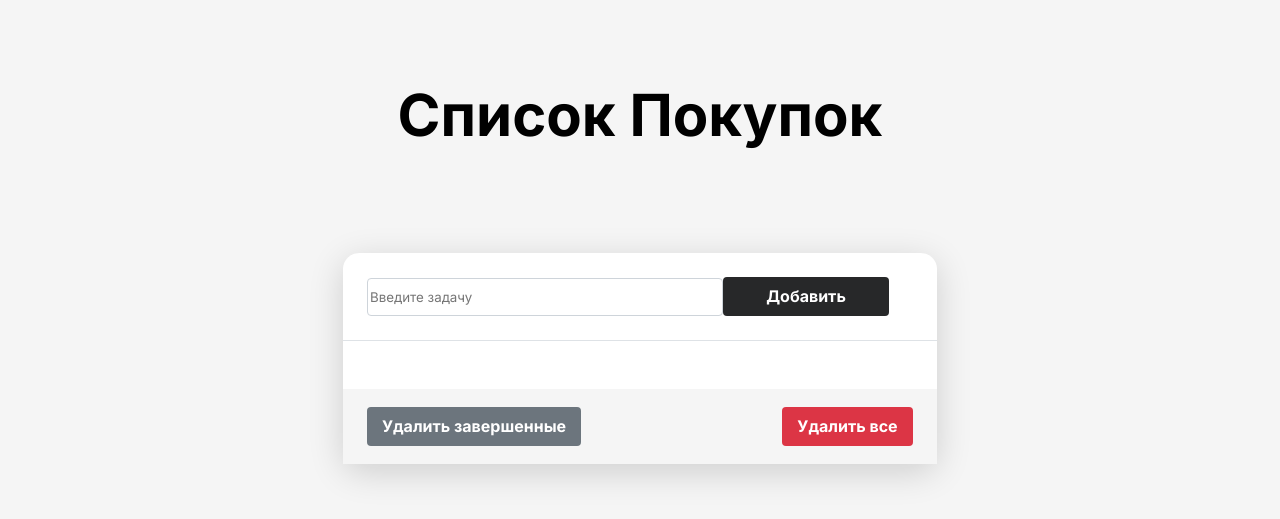
Repository: Tchistyakov/todolist
Page: /
An editor plug-in stored every save of this project. The page is shown before and after the next save, followed by the edit.
The browser window is 1280 px wide. The pictures show the whole page.
The project was rebuilt for these pictures with package versions that can differ from the ones it lists, and the page was loaded fresh each time.

Above is the page before, as saved 2021-12-06 11:17:30.

### src/App.js
import Body from './Body/Body';
import './App.css';

function App() {
  return (
    <>
      <Body />
    </>
  );
}

export default App;

### src/Body/Body.js
import Main from '../Main/Main'
import body from './body.module.css'

function Body() {
    return (
        <>
            <h1>Список Покупок</h1>
            <div className={body.window}>
                <Main />
            </div>
        </>
    );
}

export default Body;

### src/App.css
/* .App {
  text-align: center;
}

.App-logo {
  height: 40vmin;
  pointer-events: none;
}

@media (prefers-reduced-motion: no-preference) {
  .App-logo {
    animation: App-logo-spin infinite 20s linear;
  }
}

.App-header {
  background-color: #282c34;
  min-height: 100vh;
  display: flex;
  flex-direction: column;
  align-items: center;
  justify-content: center;
  font-size: calc(10px + 2vmin);
  color: white;
}

.App-link {
  color: #61dafb;
}

@keyframes App-logo-spin {
  from {
    transform: rotate(0deg);
  }
  to {
    transform: rotate(360deg);
  }
} */

@import url("https://fonts.googleapis.com/css2?family=Inter:wght@300;400;700&family=Mulish&display=swap");

body,
html {
  margin: 0;
  padding: 0;
  text-decoration: none;
  background: #f5f5f5;
}

label {
  font-weight: normal;
  font-size: 16px;
  line-height: 21px;
  color: #54595e;
}

* {
  font-family: "Inter";
  border: none;
}

h1 {
  text-align: center;
  position: relative;
  top: 80px;
  margin: 0;
  font-weight: bold;
  font-size: 58px;
  line-height: 70px;

  color: #000000;
}

span {
  color: red;
}

.task {
  max-width: 500px;
}

.div-flex {
  display: flex;
  justify-content: space-between;
}

.header {
  padding: 24px;
  border-bottom: 1px solid #dee2e6;
}

.main {
  overflow-wrap: break-word;
  padding: 24px;
}

.footer {
  padding: 18px 24px;
  background-color: #f5f5f5;
}

.inpt {
  background: #ffffff;
  border: 1px solid #ced4da;
  width: 356px;
  height: 38px;
  box-sizing: border-box;
  border-radius: 4px;
}

.add {
  width: 166px;
  height: 39px;
  background: #272829;
  border-radius: 4px;
  font-weight: 600;
  font-size: 16px;
  line-height: 19px;
  text-align: center;
  color: #ffffff;
}

.del-check {
  width: 214px;
  height: 39px;
  background: #6c757d;
  border-radius: 4px;
  font-weight: 600;
  font-size: 16px;
  line-height: 19px;
  text-align: center;
  color: #ffffff;
}

.del-all {
  width: 131px;
  height: 39px;
  background: #dc3545;
  border-radius: 4px;
  font-weight: 600;
  font-size: 16px;
  line-height: 19px;
  text-align: center;
  color: #ffffff;
}

.li {
  display: flex;
  justify-content: space-between;
  margin: 24px 0;
}

input:checked + label {
  text-decoration: line-through;
}

.list {
  margin: 0;
  padding: 0;
}

.x:hover {
  cursor: pointer;
}

.inputvisiblenone {
  display: none;
}

.inputvisible {
  display: block;
}

### src/Main/Main.js
import React, { useState } from "react";
import Header from '../Header/Header'

let counter = 0

function Main() {

    let [todoText, setTodoText] = useState('')
    let [items, setItems] = useState([])

    function handleSubmit(event) {
        event.preventDefault()
        const todo = {
            checked: false,
            text: todoText,
            id: counter++,
            editState: false,
        }

        setTodoText('')
        setItems([...items, todo])
    }

    function handleItemCheck(id) {
        const changed = items.map(item => ({
            ...item,
            checked: item.id === id ? !item.checked : item.checked
        }))
        setItems(changed)
    }

    function handleItemRemove(id) {
        const filtered = items.filter(item => item.id !== id)
        setItems(filtered)
    }

    function removeDone() {
        const filtered = items.filter(item => !item.checked)
        setItems(filtered)
    }

    function removeAll() {
        setItems([])
    }

    function handleItemRename(id) {
        const changed = items.map(item => ({
            ...item,
            editState: item.id === id ? !item.editState : item.editState
        }))
        setItems(changed)
    }

    function handleTextRename(text, id) {
        const changed = items.map(item => ({
            ...item,
            text: item.id === id ? text :  item.text
        }))
        setItems(changed)
    }

    return (
        <>
            <Header
                setTodoText={setTodoText}
                handleSubmit={handleSubmit}
                todoText={todoText}
            />
            <main className="main">
                <ul type="none" id="todo" className="list">
                    {items.map((item) => {
                        return (
                            <div className='div-flex todo' key={item.id} >
                                <input type="checkbox" onClick={() => handleItemCheck(item.id)} />
                                <label className={item.editState ? 'inputvisiblenone' : 'inputvisible'}>{item.text}</label>
                                <input type='text' className={item.editState ? 'inputvisible inpt' : 'inputvisiblenone inpt'}
                                    placeholder={item.text} defaultValue={item.text}
                                    onChange={(e) => handleTextRename(e.target.value, item.id)}
                                />
                                <span className="x" onClick={() => handleItemRename(item.id)}>✏️</span>
                                <span className="x" onClick={() => handleItemRemove(item.id)}>🗑</span>
                            </div>
                        )
                    })}
                </ul>
            </main>
            <footer className="div-flex footer">
                <div>
                    <button className="del-check" onClick={removeDone}>Удалить завершенные</button>
                </div>
                <div>
                    <button className="del-all" onClick={removeAll}>Удалить все</button>
                </div>
            </footer>
        </>
    )
}

export default Main

### src/Body/body.module.css
.window {
    position: relative;
    top: 183px;
    margin: 0 auto;
    width: 594px;
    min-height: 100px;
    background: #ffffff;
    box-shadow: 0px 8px 35px rgba(0, 0, 0, 0.16);
    border-radius: 16px;
  }

### src/Header/Header.js
// import Main from '../Main/Main'

function Header( {handleSubmit, setTodoText, todoText} ) {
    return (
            <header className="div-flex header">
                <form onSubmit={handleSubmit}>
                    <input type="text" className="inpt"
                        placeholder="Введите задачу" value={todoText}
                        onChange={(e) => setTodoText(e.target.value)}
                    />
                    <button className="add">Добавить</button>
                </form>
            </header>
            )
}

export default Header

Loaded but not shown: public/index.html (common file); src/index.js (common file); src/index.css (common file); src/reportWebVitals.js (common file)

After the next save:
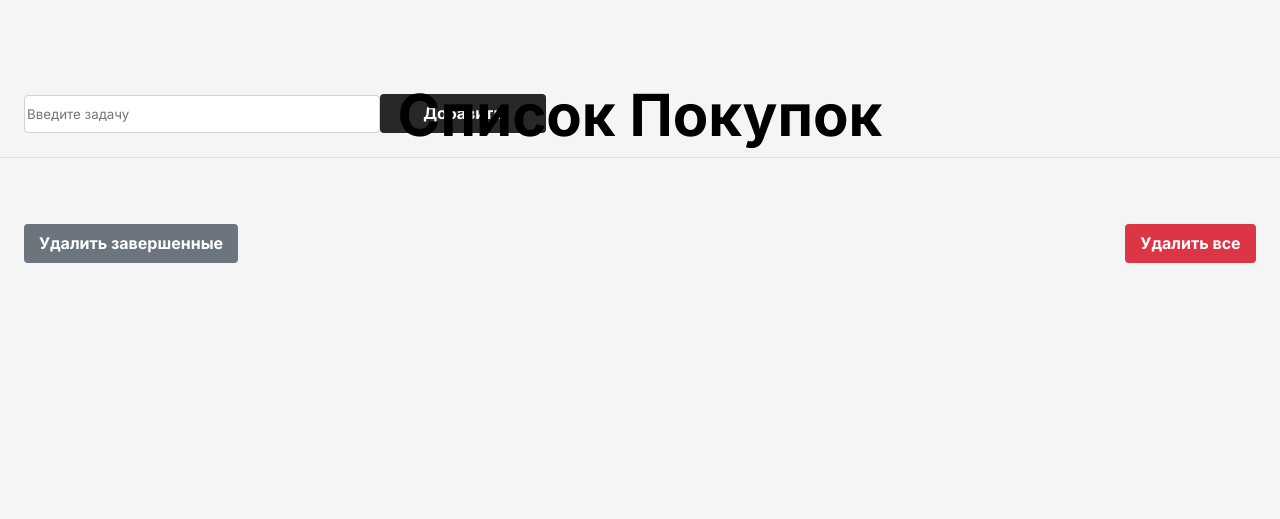
Saved 31 min 52 s later.
--- a/src/Body/Body.js
+++ b/src/Body/Body.js
@@ -5,7 +5,7 @@
     return (
         <>
             <h1>Список Покупок</h1>
-            <div className={body.window}>
+            <div className={body}>
                 <Main />
             </div>
         </>

After the save that followed:
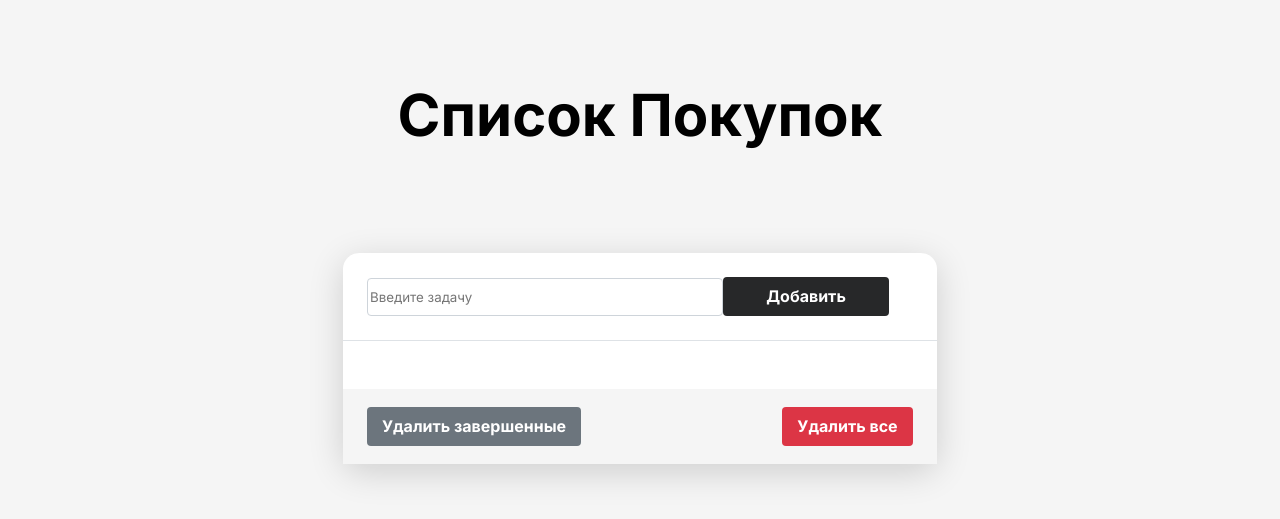
Saved 8 s later.
--- a/src/Body/Body.js
+++ b/src/Body/Body.js
@@ -5,7 +5,7 @@
     return (
         <>
             <h1>Список Покупок</h1>
-            <div className={body}>
+            <div className={body.window}>
                 <Main />
             </div>
         </>
